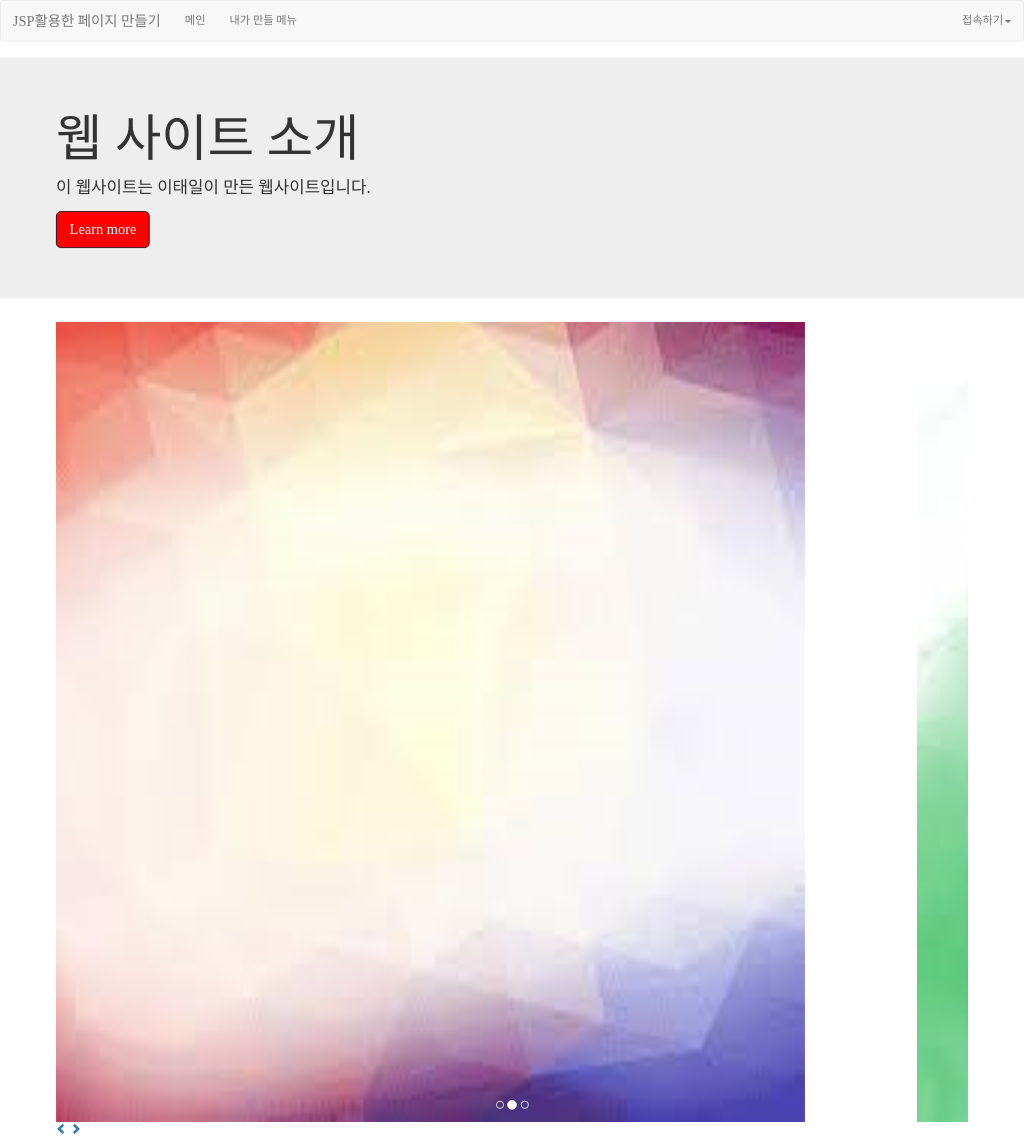
Repository: taeillee1/Newstudy
Page: http://localhost/SpringMVCJava/WEB-INF/views/mainpage.jsp
These files come from the project's save history. The page is drawn as it stood at one moment and after the next save; the edit follows.
The browser window is 1280 px wide. The pictures show the whole page, at 80% of full size.
Some web fonts or font styles are not loaded; a fallback is used. Some web libraries are served in a nearby version. The page is served by Tomcat 9. Nobody is signed in. The template is opened directly, without the code that normally fills it, so the values that code supplies are empty.

Above is the page before, as saved 2022-01-08 10:34:37.

After the next save:
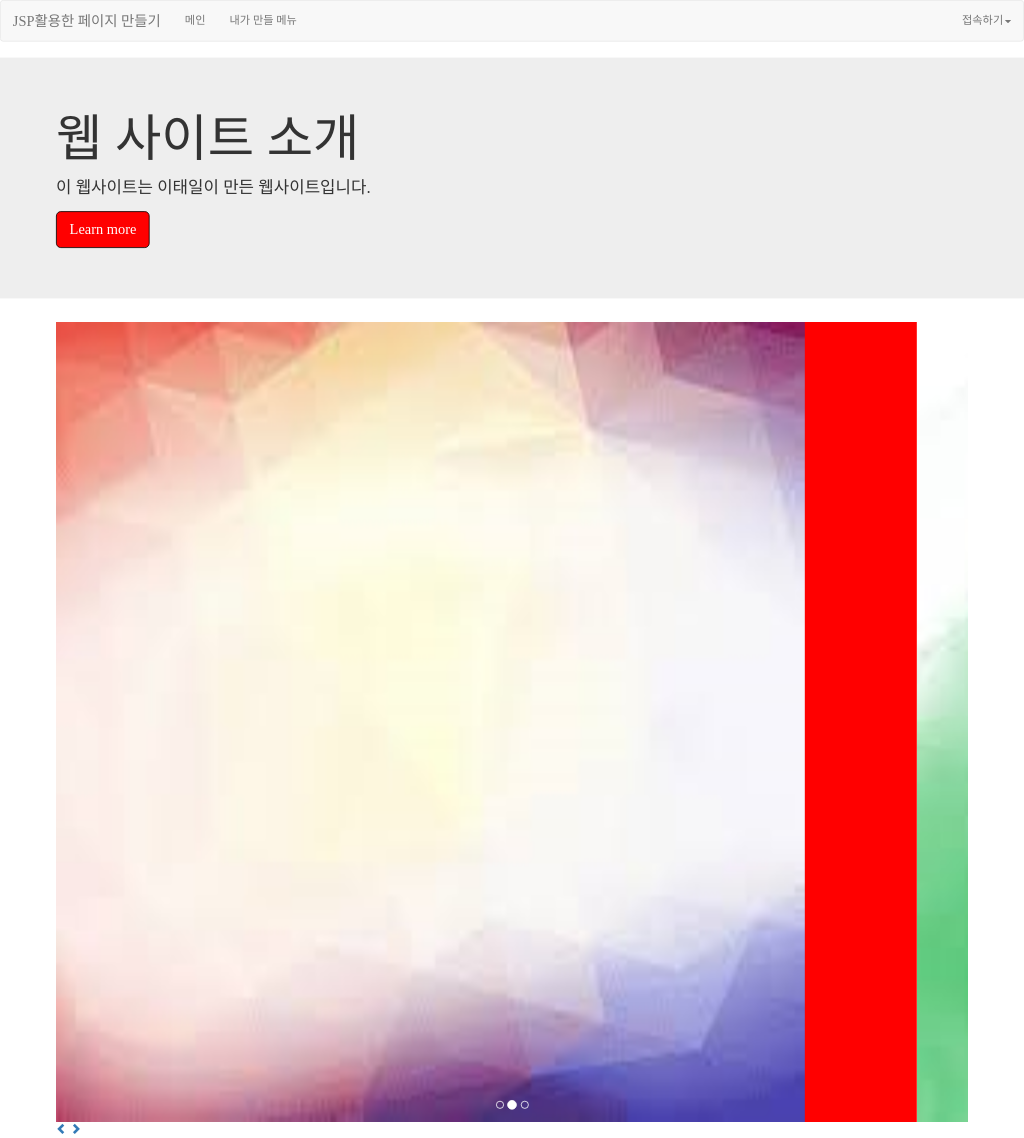
Saved 45 s later.
--- a/Newpage/SpringMVCJava/src/main/webapp/WEB-INF/views/mainpage.jsp
+++ b/Newpage/SpringMVCJava/src/main/webapp/WEB-INF/views/mainpage.jsp
@@ -88,7 +88,7 @@
 			    <li data-target="#MyCarousel" data-slide-to="2"></li>
 		  </ol>
 		  <div class="carousel-inner">
-		    	<div class="item active">
+		    	<div class="item active" style="background-color : red;">
 		      		<img src="image/im1.png">
 		    	</div>
 			    <div class="item">
